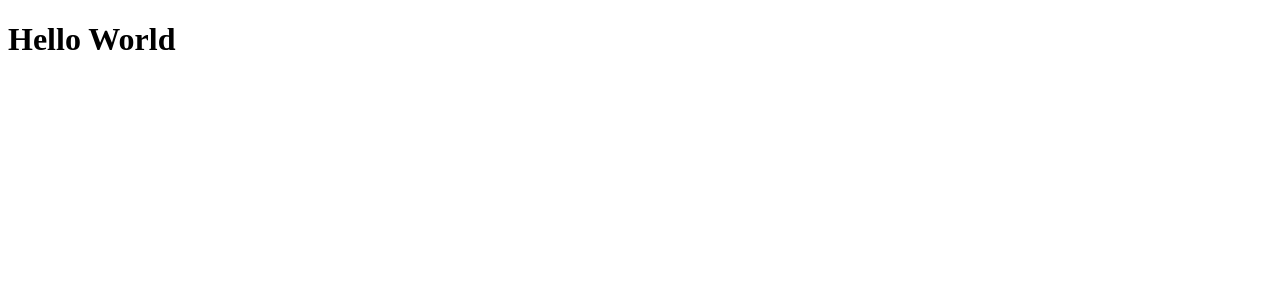
Repository: yashdpatil/Advanced_java
Page: MVC/src/main/webapp/NewFile.html
The author's editor kept a copy of each file at every save. The page is drawn from the files as they stood at one save, then again after the next save.
The browser window is 1280 px wide. The pictures show the whole page.

Above is the page before, as saved 2023-12-13 17:25:04.

### MVC/src/main/webapp/NewFile.html
<!DOCTYPE html>
<html>
<head>
<meta charset="ISO-8859-1">
<title>Insert title here</title>
</head>
<body>
<h1>Hello World</h1>

</body>
</html>

After the next save:
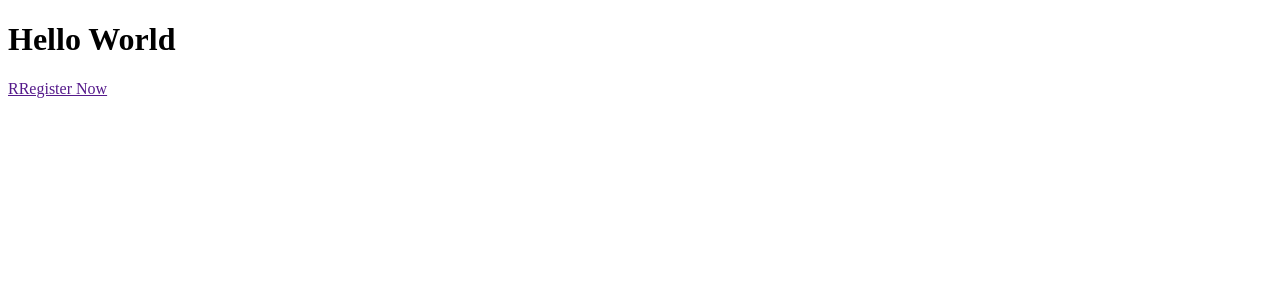
Saved 35 s later.
--- a/MVC/src/main/webapp/NewFile.html
+++ b/MVC/src/main/webapp/NewFile.html
@@ -6,6 +6,7 @@
 </head>
 <body>
 <h1>Hello World</h1>
+<a href="">RRegister Now</a>
 
 </body>
 </html>
